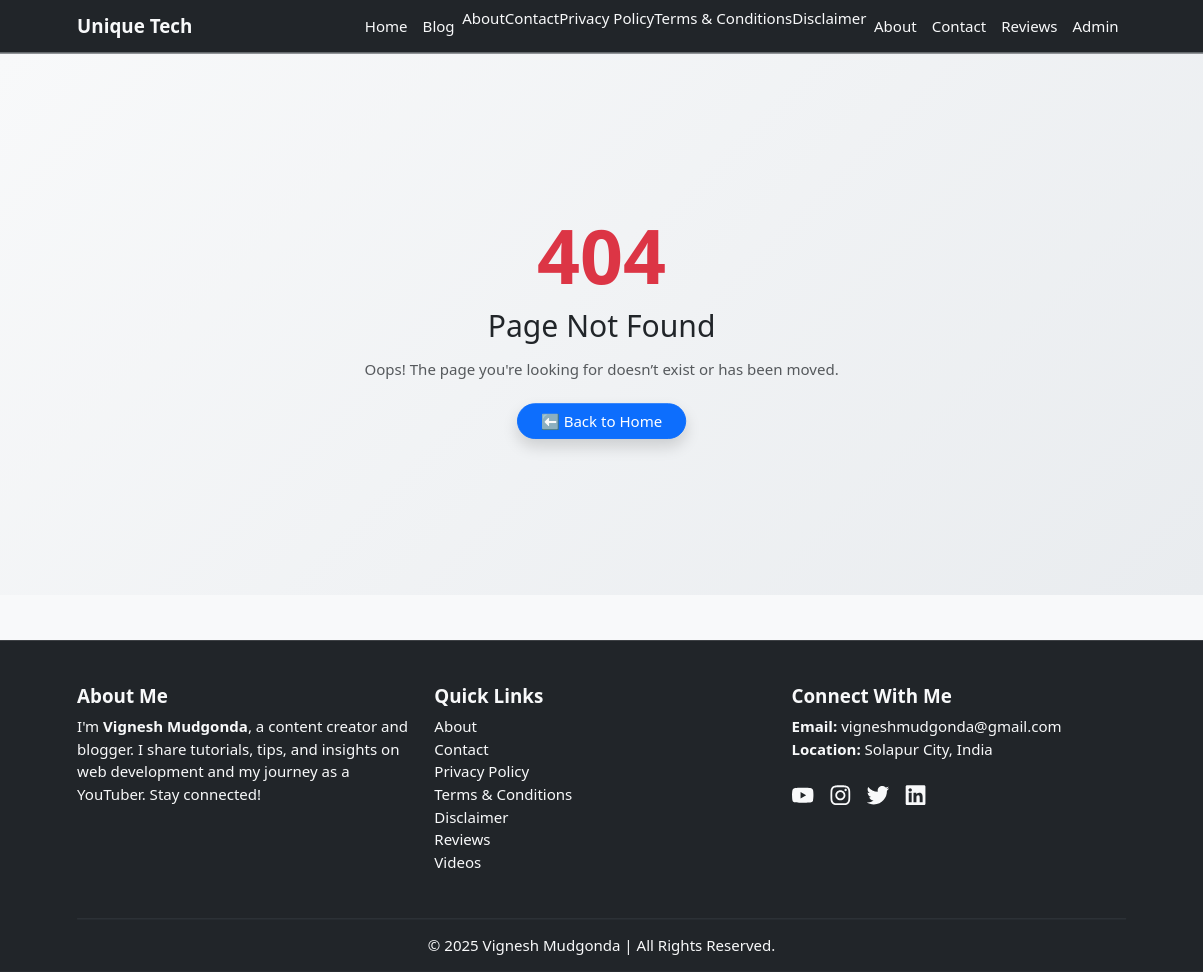
Repository: vigneshmudgonda/Blog2
Page: /disclaimer (app in blog-frontend-full/)
These files come from the project's save history. The page is drawn as it stood at one moment and after a run of saves; the edit follows.
The browser window is 1280 px wide. The pictures show the whole page, at 94% of full size.
The page's requests for data from a server got no answer. The project was rebuilt for these pictures with package versions that can differ from the ones it lists, and the page was loaded fresh each time. No one was signed in, and anything a server would have sent is missing. Also part of the build but not shown: blog-frontend-full/src/services/api.js, blog-frontend-full/src/pages/Home.js, blog-frontend-full/src/pages/BlogList.js, blog-frontend-full/src/pages/BlogDetail.js, blog-frontend-full/src/pages/Reviews.js, blog-frontend-full/src/pages/Contact.js, blog-frontend-full/src/pages/About.js, blog-frontend-full/src/pages/AdminLogin.js and 3 more.

Above is the page before, as saved 2025-08-22 19:58:27.

After the next 3 saves:
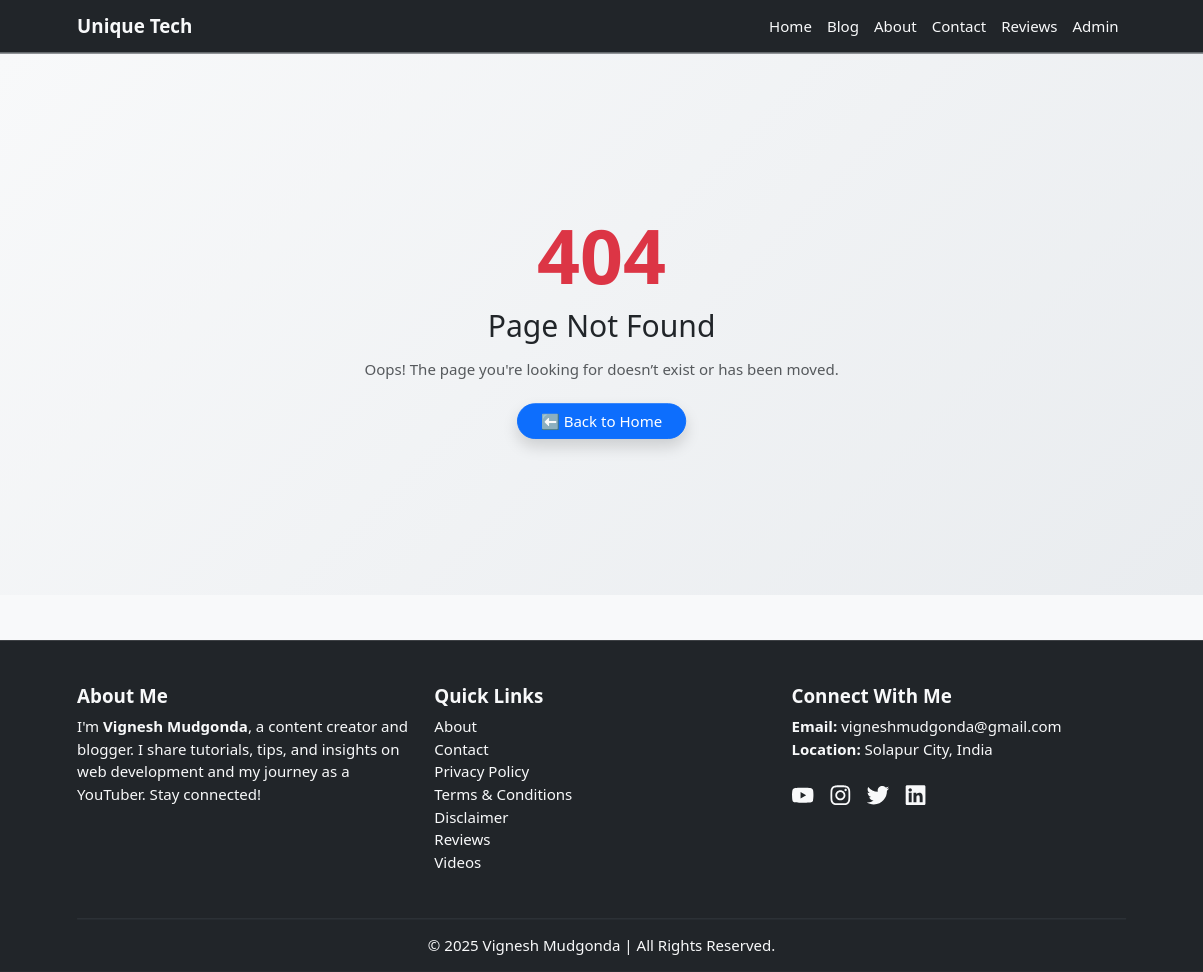
The 3 saves are shown as one change because they came seconds apart.
The last was saved 92 s later.
--- a/blog-frontend-full/src/components/Navbar.js
+++ b/blog-frontend-full/src/components/Navbar.js
@@ -13,11 +13,7 @@
           <ul className="navbar-nav ms-auto">
             <li className="nav-item"><NavLink end className="nav-link text-light " to="/">Home</NavLink></li>
             <li className="nav-item"><NavLink className="nav-link text-light " to="/blog">Blog</NavLink></li>
-                          <li><Link to="/about" className="text-light text-decoration-none">About</Link></li>
-                          <li><Link to="/contact" className="text-light text-decoration-none">Contact</Link></li>
-                          <li><Link to="/Privacy-Policy" className="text-light text-decoration-none">Privacy Policy</Link></li>
-                          <li><Link to="/terms" className="text-light text-decoration-none">Terms & Conditions</Link></li>
-                          <li><Link to="/disclaimer" className="text-light text-decoration-none">Disclaimer</Link></li>
+
             <li className="nav-item"><NavLink className="nav-link text-light " to="/about">About</NavLink></li>
             <li className="nav-item"><NavLink className="nav-link text-light " to="/contact">Contact</NavLink></li>
             <li className="nav-item"><NavLink className="nav-link text-light " to="/reviews">Reviews</NavLink></li>

After the 3 saves that followed:
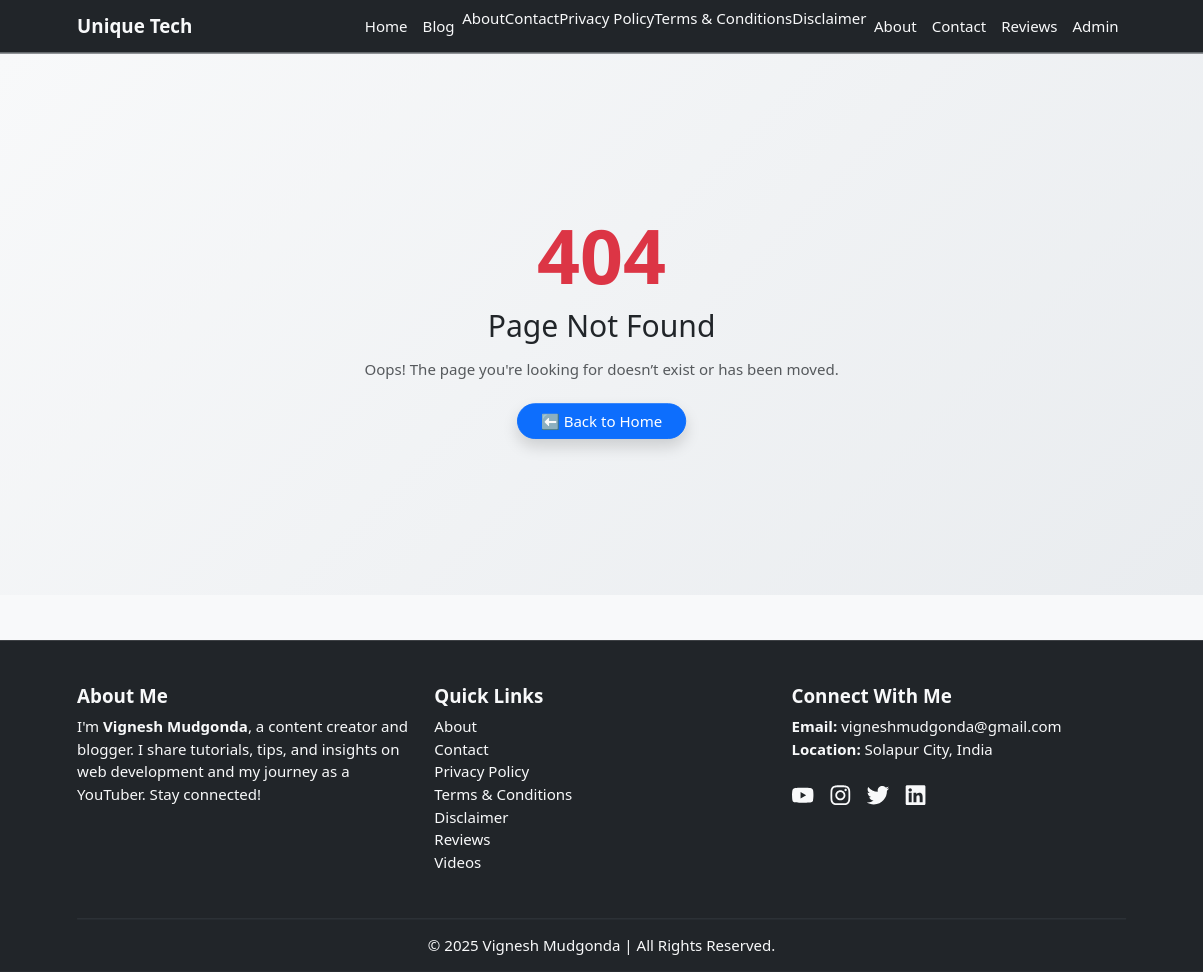
The 3 saves are shown as one change because they came seconds apart.
The last was saved 9 s later.
--- a/blog-frontend-full/src/components/Navbar.js
+++ b/blog-frontend-full/src/components/Navbar.js
@@ -13,7 +13,11 @@
           <ul className="navbar-nav ms-auto">
             <li className="nav-item"><NavLink end className="nav-link text-light " to="/">Home</NavLink></li>
             <li className="nav-item"><NavLink className="nav-link text-light " to="/blog">Blog</NavLink></li>
-
+                          <li><Link to="/about" className="text-light text-decoration-none">About</Link></li>
+                          <li><Link to="/contact" className="text-light text-decoration-none">Contact</Link></li>
+                          <li><Link to="/Privacy-Policy" className="text-light text-decoration-none">Privacy Policy</Link></li>
+                          <li><Link to="/terms" className="text-light text-decoration-none">Terms & Conditions</Link></li>
+                          <li><Link to="/disclaimer" className="text-light text-decoration-none">Disclaimer</Link></li>
             <li className="nav-item"><NavLink className="nav-link text-light " to="/about">About</NavLink></li>
             <li className="nav-item"><NavLink className="nav-link text-light " to="/contact">Contact</NavLink></li>
             <li className="nav-item"><NavLink className="nav-link text-light " to="/reviews">Reviews</NavLink></li>
